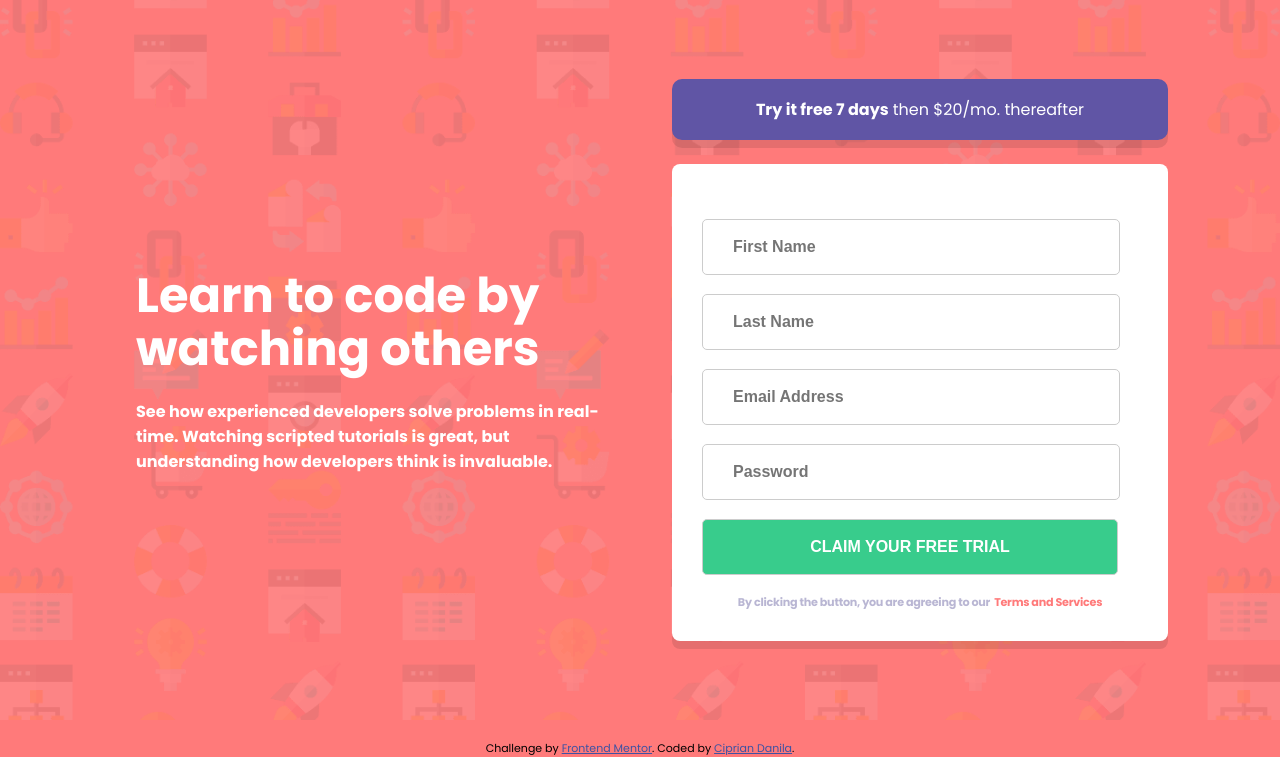
Repository: cipdanila/intro-component-with-sign-up-form
Page: index.html
The author's editor kept a copy of each file at every save. The page is drawn from the files as they stood at one save, then again after the next save.
The browser window is 1280 px wide. The pictures show the whole page.

Above is the page before, as saved 2024-02-14 17:27:42.

After the next save:
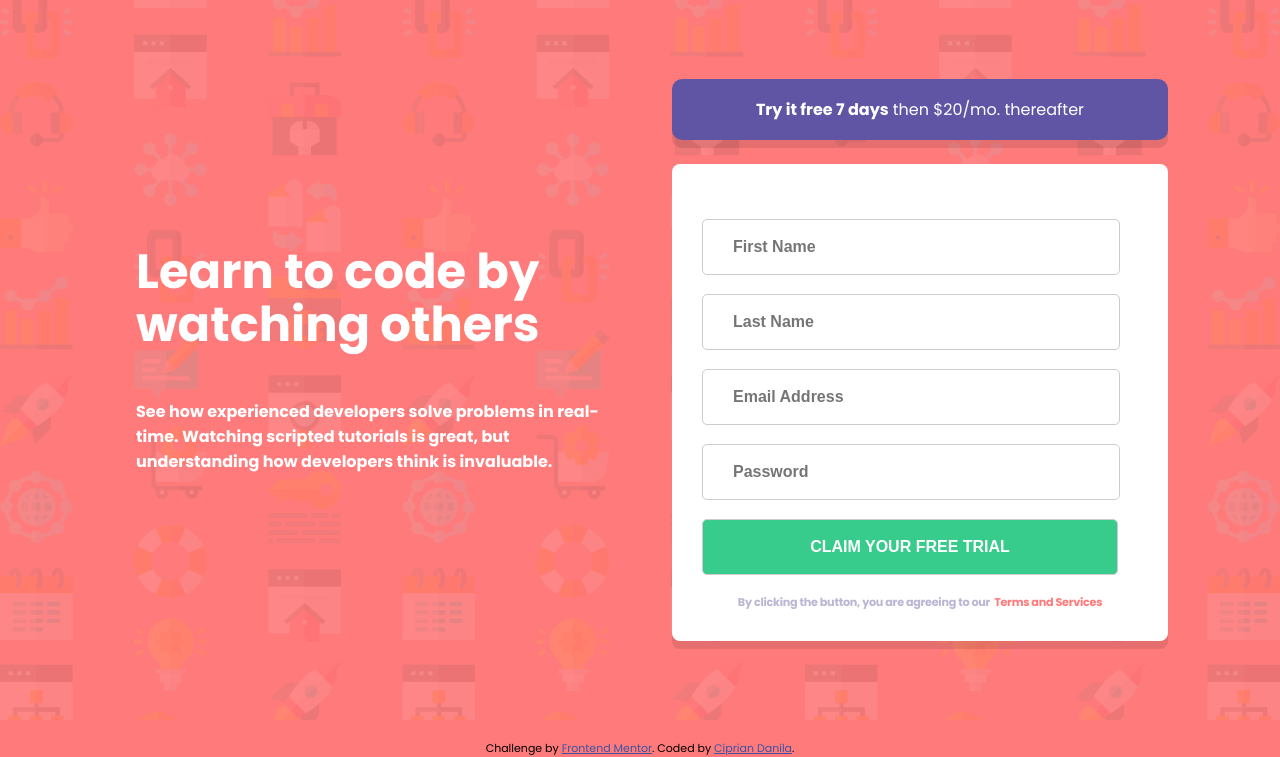
Saved 25 s later.
--- a/styles.css
+++ b/styles.css
@@ -73,7 +73,7 @@
 
 .container-info p {
     color: var(--white);
-    padding-left: 1.5rem;
+    padding: 1.5rem 0 1.5rem 1.5rem;
     font-weight: 700;
 }
 
